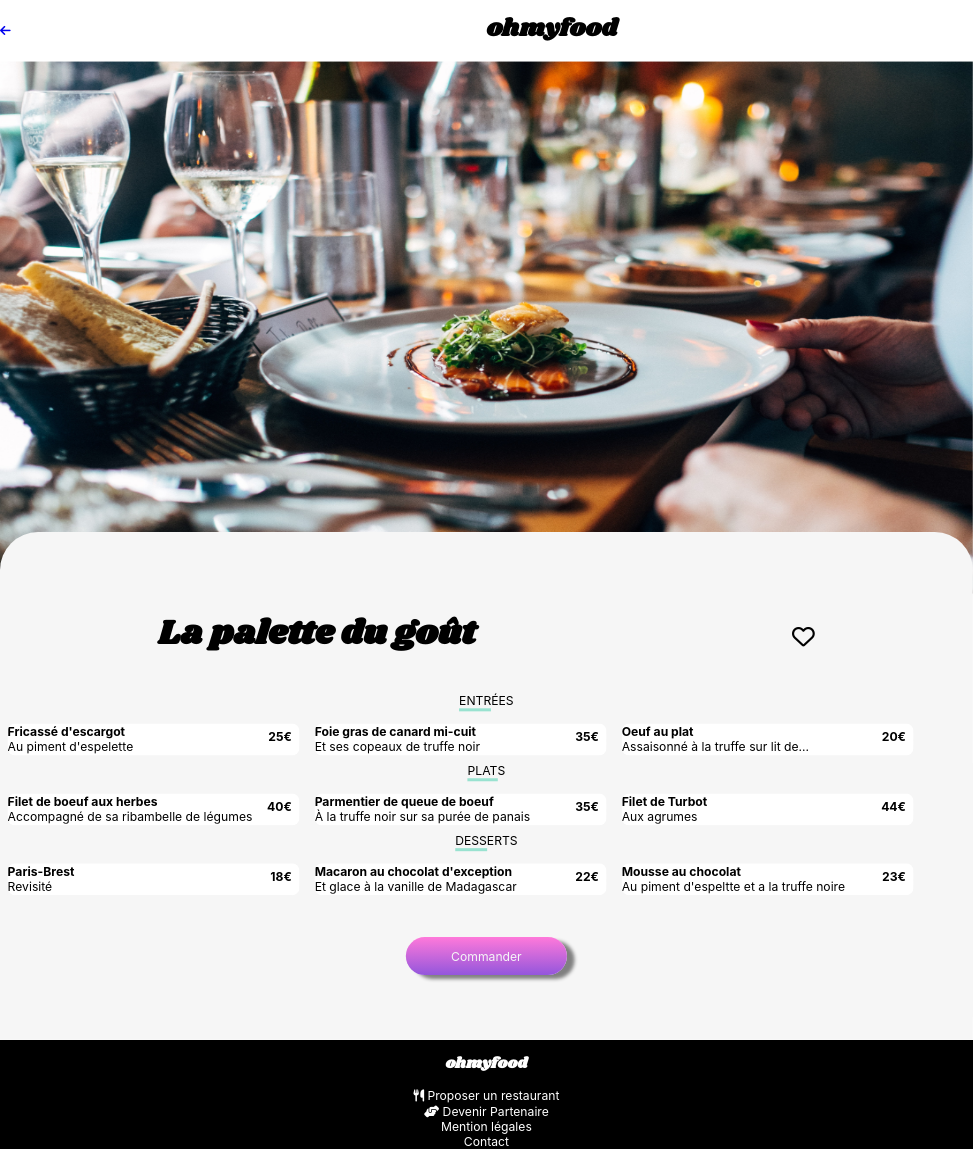
Repository: yacinebouk/ohmyfood
Page: palette.html
The author's editor kept a copy of each file at every save. The page is drawn from the files as they stood at one save, then again after the next save.
The browser window is 1280 px wide. The pictures show the whole page, at 76% of full size.
Some web libraries are served in a nearby version. The style sheet was rebuilt from its Sass, Less or Tailwind sources for each picture, by a compiler version that may differ from the author's.

Above is the page before, as saved 2022-06-28 14:39:28.

After the next save:
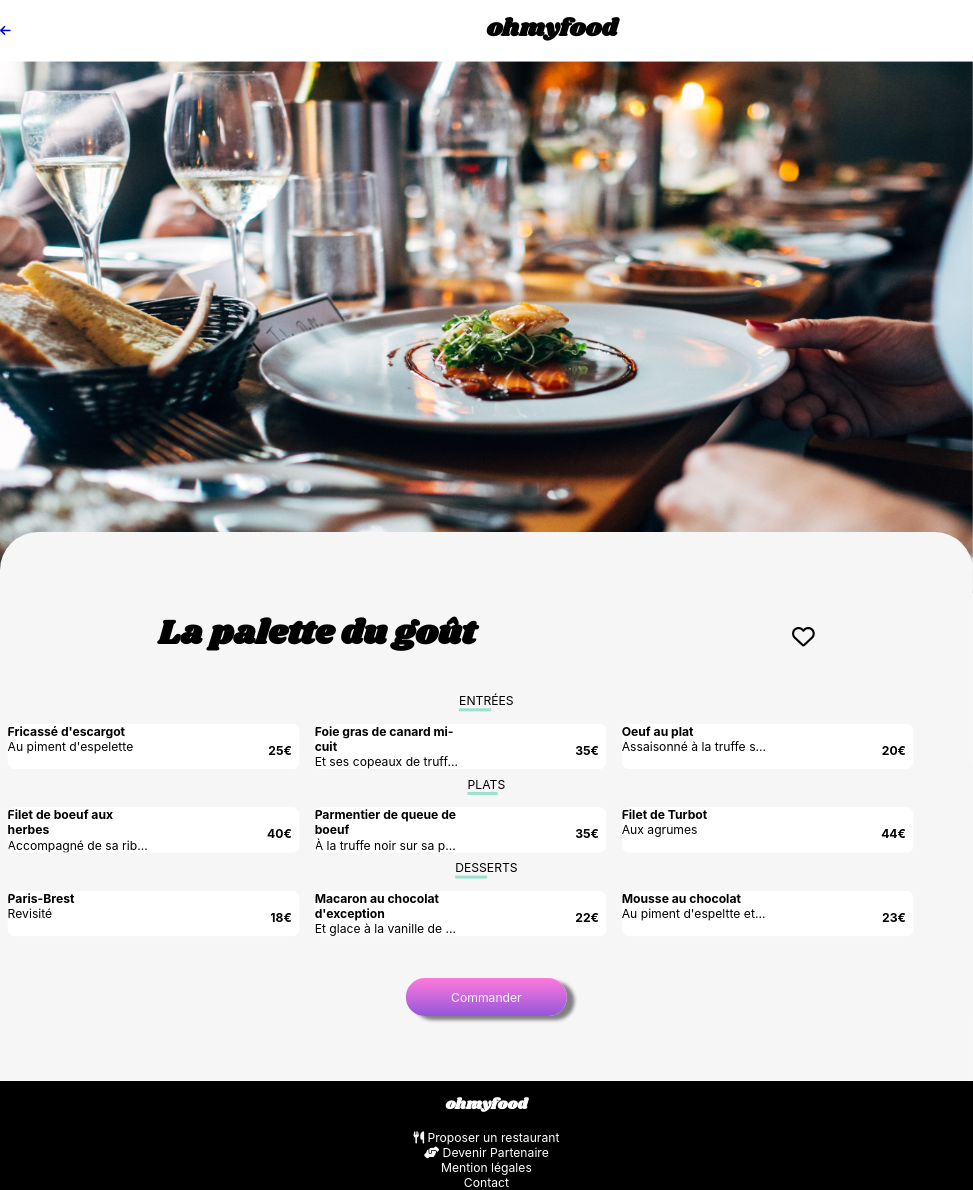
Saved 13 min 31 s later.
--- a/style/francaise.scss
+++ b/style/francaise.scss
@@ -212,6 +212,12 @@
          .text {
              overflow: hidden;
              text-overflow: ellipsis;
+             width: 50%;
+         }
+
+         .flavors {
+             overflow: hidden;
+             text-overflow: ellipsis;
          }
 
          .block-price {

After the save that followed:
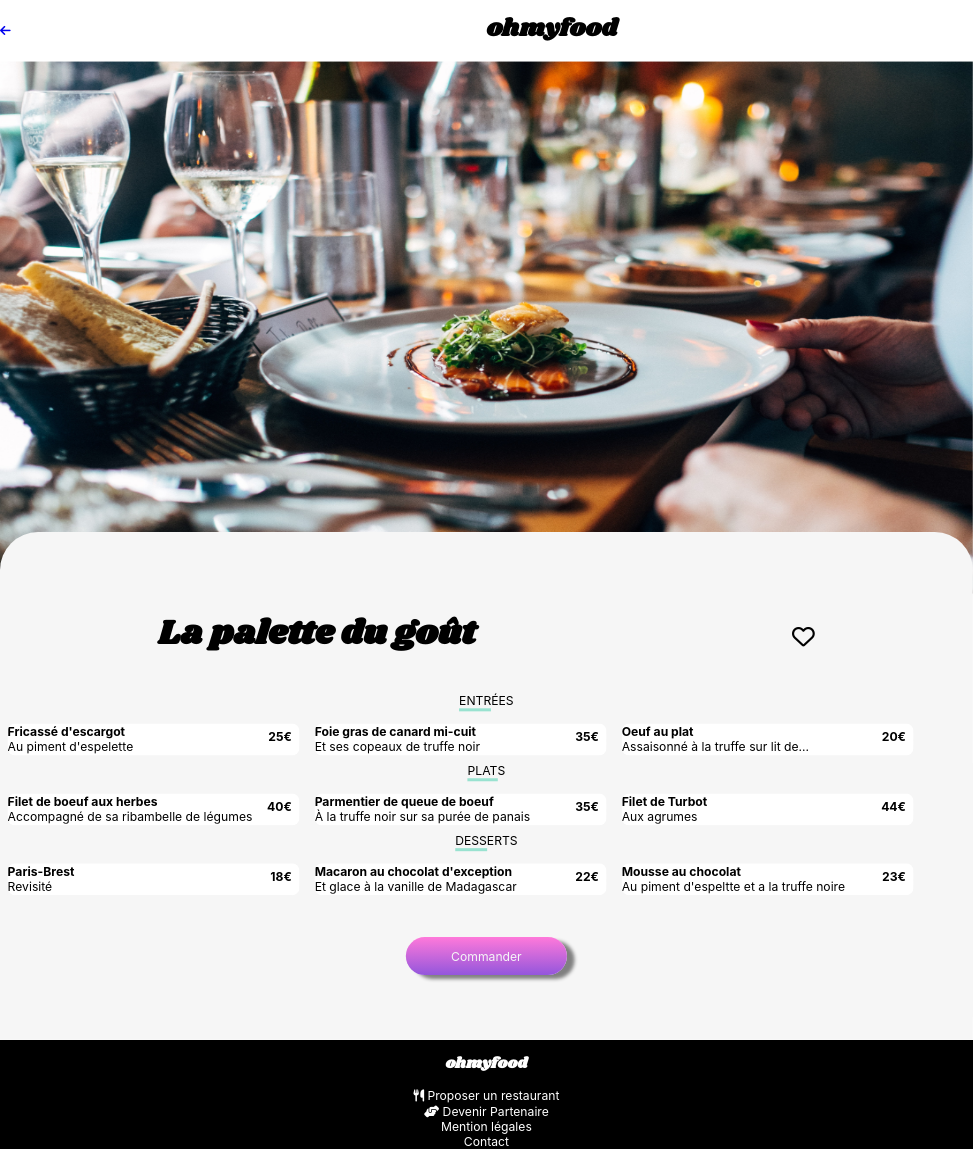
Saved 80 s later.
--- a/style/francaise.scss
+++ b/style/francaise.scss
@@ -212,7 +212,6 @@
          .text {
              overflow: hidden;
              text-overflow: ellipsis;
-             width: 50%;
          }
 
          .flavors {
